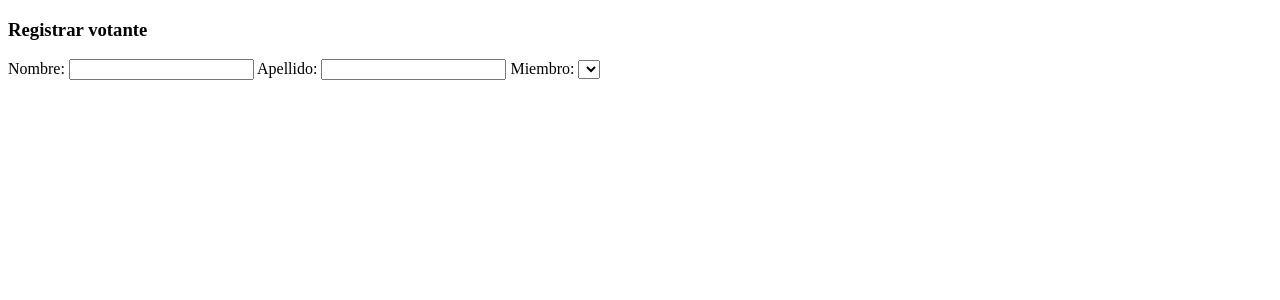
Repository: quino22/ulasalle
Page: ev3-70391273/war/registrar.html
The author's editor kept a copy of each file at every save. The page is drawn from the files as they stood at one save, then again after the next save.
The browser window is 1280 px wide. The pictures show the whole page.

Above is the page before, as saved 2016-11-04 21:09:15.

After the next save:
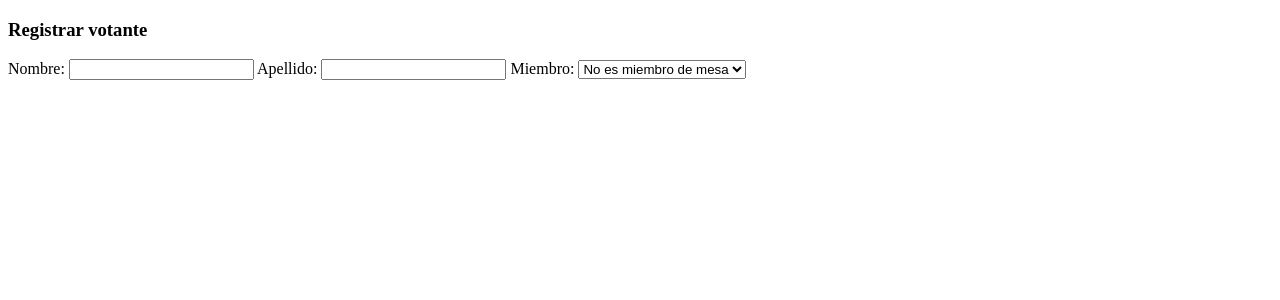
Saved 43 s later.
--- a/ev3-70391273/war/registrar.html
+++ b/ev3-70391273/war/registrar.html
@@ -11,7 +11,8 @@ Nombre: <input type="text" name=nombre"">
 Apellido: <input type="text" name="apellido">
 Miembro:
 <select>
-<option></option>
+<option value="no">No es miembro de mesa</option>
+<option value="si">Si en miembro de mesa</option>
 </select>
 </form>
 </body>
